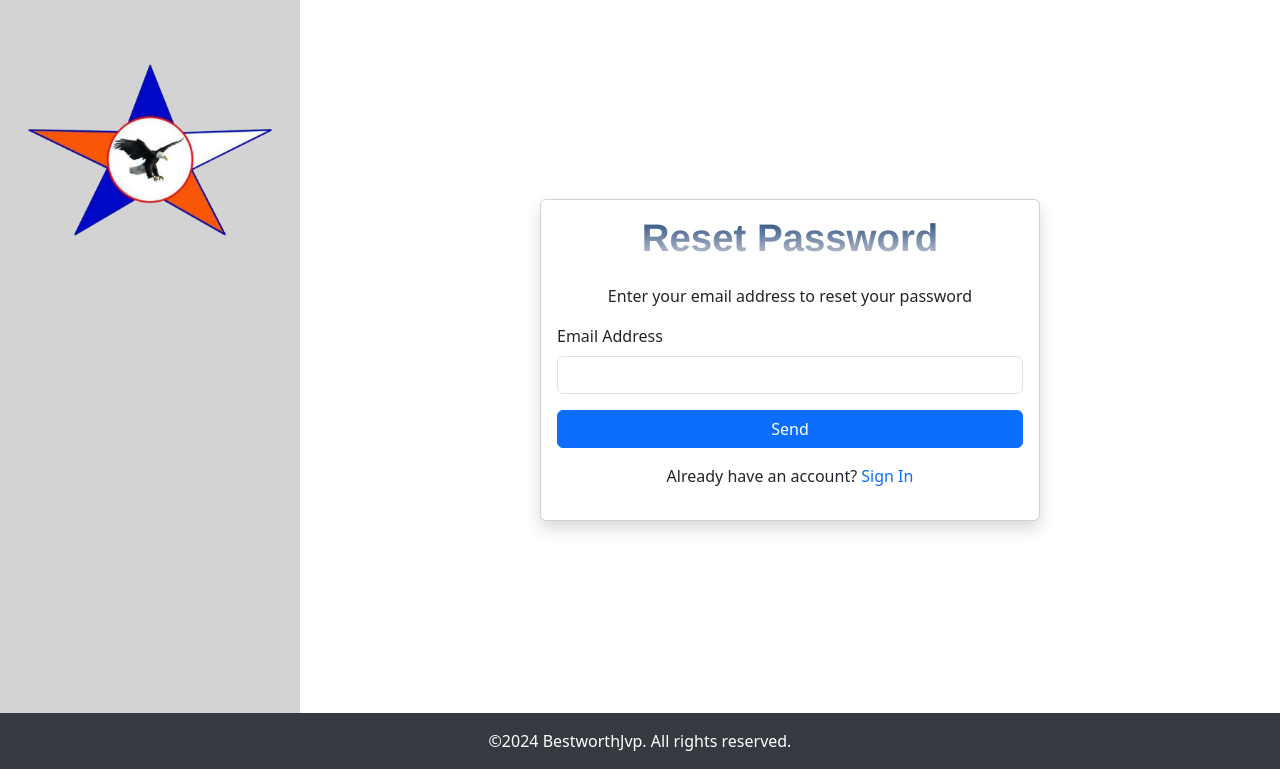
Repository: OVictor21/inventory
Page: /Reset2
An editor plug-in stored every save of this project. The page is shown before and after the next save, followed by the edit.
The browser window is 1280 px wide. The pictures show the whole page.
The project was rebuilt for these pictures with package versions that can differ from the ones it lists, and the page was loaded fresh each time. Also part of the build but not shown: src/components/login.jsx, src/components/signup.jsx, src/components/reset1.jsx.

Above is the page before, as saved 2024-12-15 15:08:11.

After the next save:
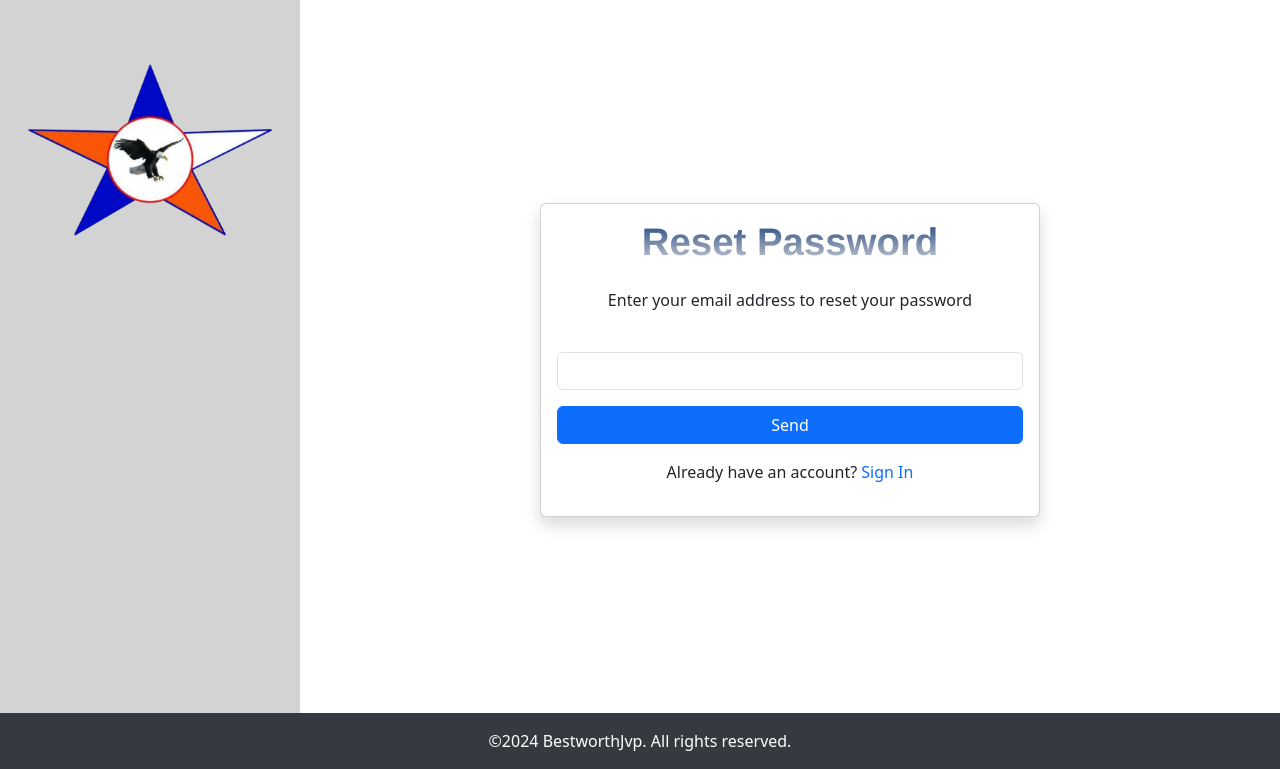
Saved 42 s later.
--- a/src/components/reset2.jsx
+++ b/src/components/reset2.jsx
@@ -21,7 +21,7 @@
 
               <div className="mb-3">
                 <label htmlFor="email" className="form-label">
-                  Email Address
+
                 </label>
                 <input type="email" className="form-control" id="email" required />
               </div>

After the 2 saves that followed:
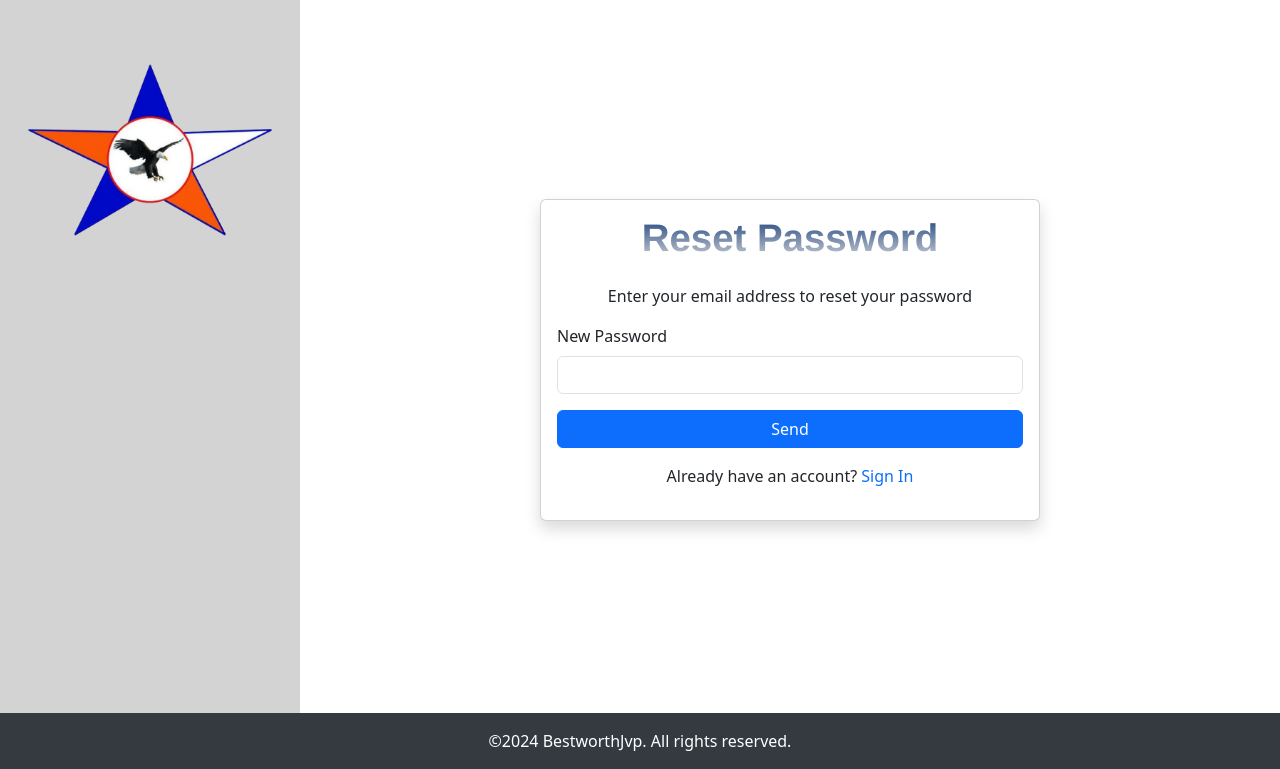
The 2 saves are shown as one change because they came seconds apart.
The last was saved 6 s later.
--- a/src/components/reset2.jsx
+++ b/src/components/reset2.jsx
@@ -21,7 +21,7 @@
 
               <div className="mb-3">
                 <label htmlFor="email" className="form-label">
-
+                  New Password
                 </label>
                 <input type="email" className="form-control" id="email" required />
               </div>
